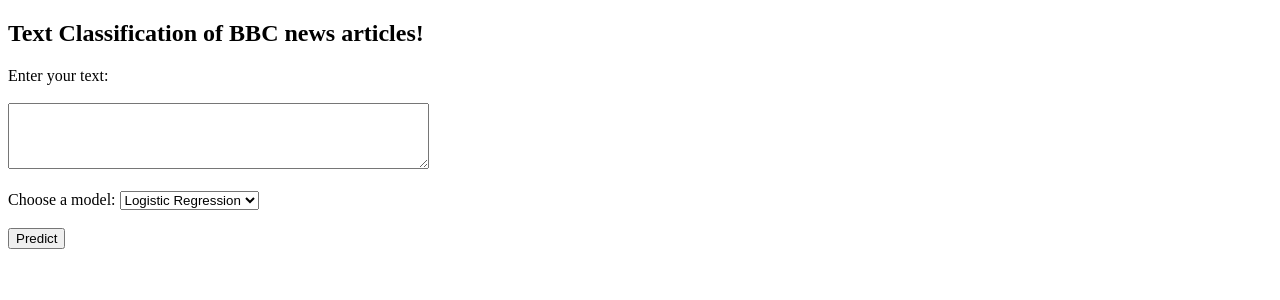
Repository: erlisasadiku/AI-ML
Page: index.html
The author's editor kept a copy of each file at every save. The page is drawn from the files as they stood at one save, then again after the next save.
The browser window is 1280 px wide. The pictures show the whole page.

Above is the page before, as saved 2025-10-03 17:04:31.

After the next save:
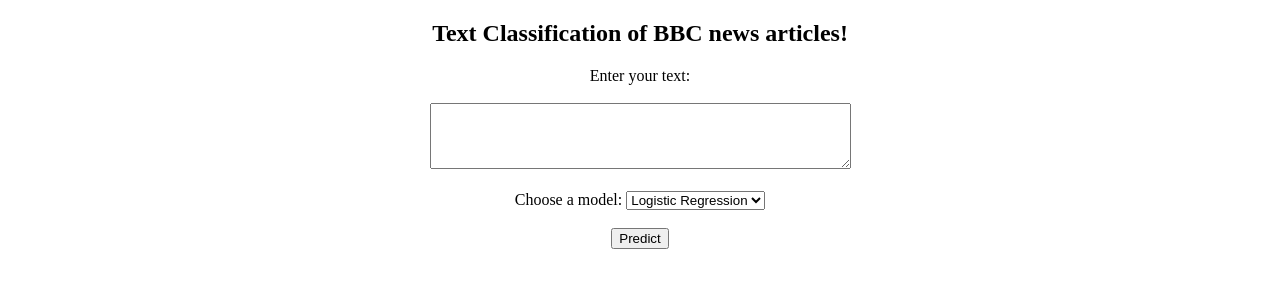
Saved 35 s later.
--- a/index.html
+++ b/index.html
@@ -6,6 +6,7 @@
     <title>AI/ML - Text Classification</title>
 </head>
 <body>
+    <div style="text-align: center;">
     <h2>Text Classification of BBC news articles!</h2>
 
     <label for="text">Enter your text:</label><br><br>
@@ -20,7 +21,7 @@
     <button onclick="predict()">Predict</button>
 
     <h3 id="result"></h3>
-
+    </div>
     <script>
         function predict() {
             const text = document.getElementById('text').value;
@@ -42,5 +43,7 @@
             });
         }
     </script>
+
+
 </body>
 </html>
